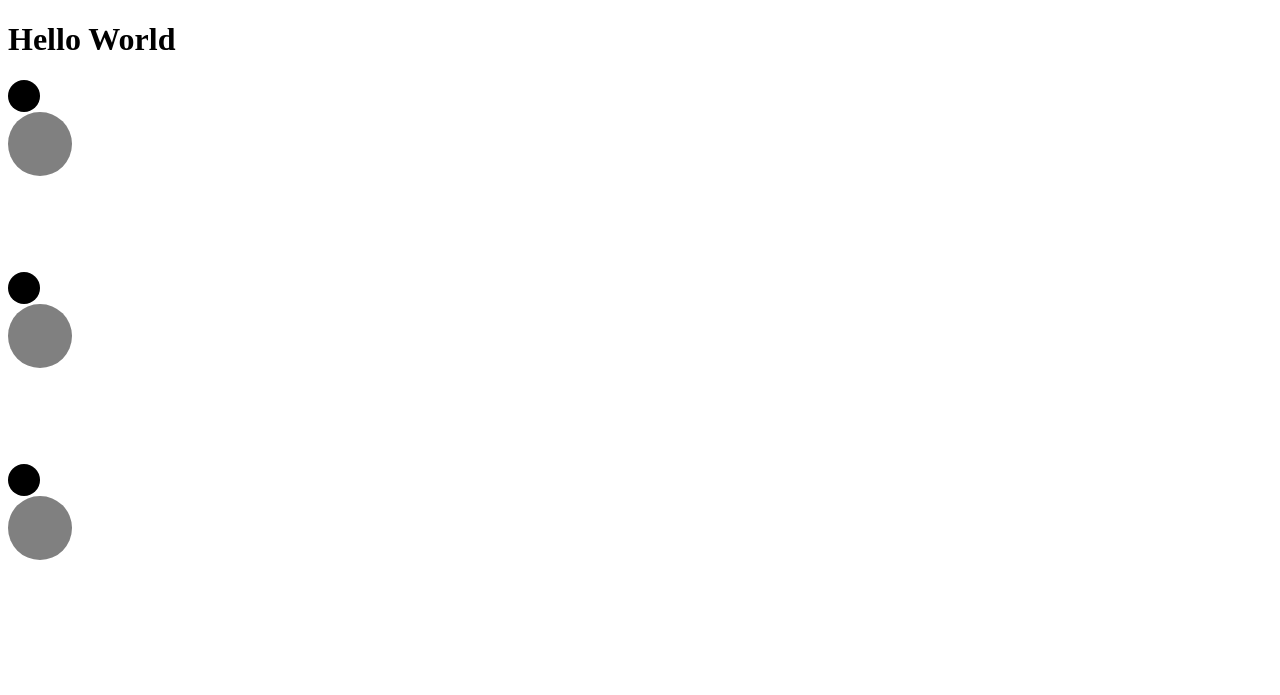
Repository: sarahlochhead/css-demo
Page: index.html
These files come from the project's save history. The page is drawn as it stood at one moment and after the next save; the edit follows.
The browser window is 1280 px wide. The pictures show the whole page.

Above is the page before, as saved 2023-04-28 12:28:43.

### index.html
<!DOCTYPE html>
<html lang="en">
<head>
    <meta charset="UTF-8">
    <meta http-equiv="X-UA-Compatible" content="IE=edge">
    <meta name="viewport" content="width=device-width, initial-scale=1.0">
    <title>Light It Up Demo</title>
    <link rel="stylesheet" href="styles.css">
</head>
<body>
    <header>
        <h1>Hello World</h1>
    </header>
    <div>
        <div class="small"></div>
        <div class="medium"></div>
        <div class="large"></div>
        <div class="small"></div>
        <div class="medium"></div>
        <div class="large"></div>
        <div class="small"></div>
        <div class="medium"></div>
        <div class="large"></div>
    </div>









</body>
</html>

### styles.css
@charset "utf-8";

/* h1 {
    position: absolute;
    top: 50%;
    font-size: 5rem;
    margin: 0 auto;
} */

.small {
    height: 2rem;
    width: 2rem;
    border-radius: 100%;
    background-color: black;
}

.medium {
    height: 4rem;
    width: 4rem;
    border-radius: 100%;
    background-color: grey;
}

.large {
    height: 6rem;
    width: 6rem;
    border-radius: 100%;
    background-color: dark;
}

After the next save:
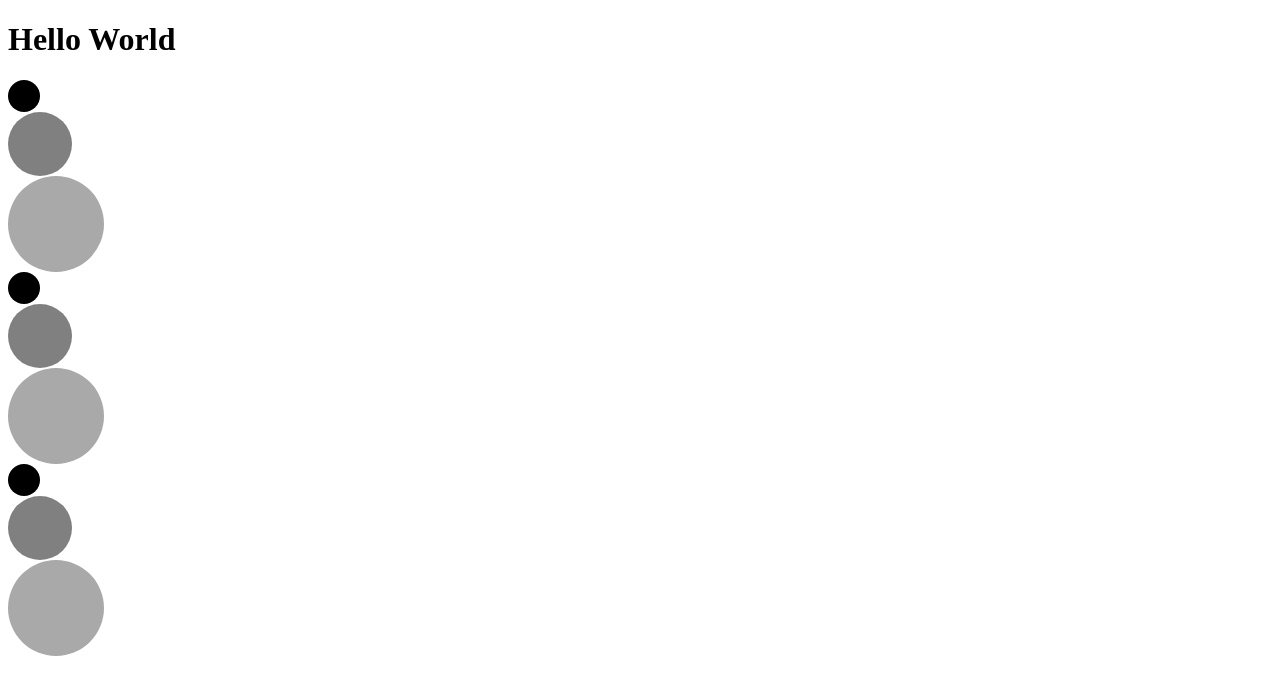
Saved 4 s later.
--- a/styles.css
+++ b/styles.css
@@ -25,5 +25,5 @@
     height: 6rem;
     width: 6rem;
     border-radius: 100%;
-    background-color: dark;
+    background-color: darkgray;
 }
